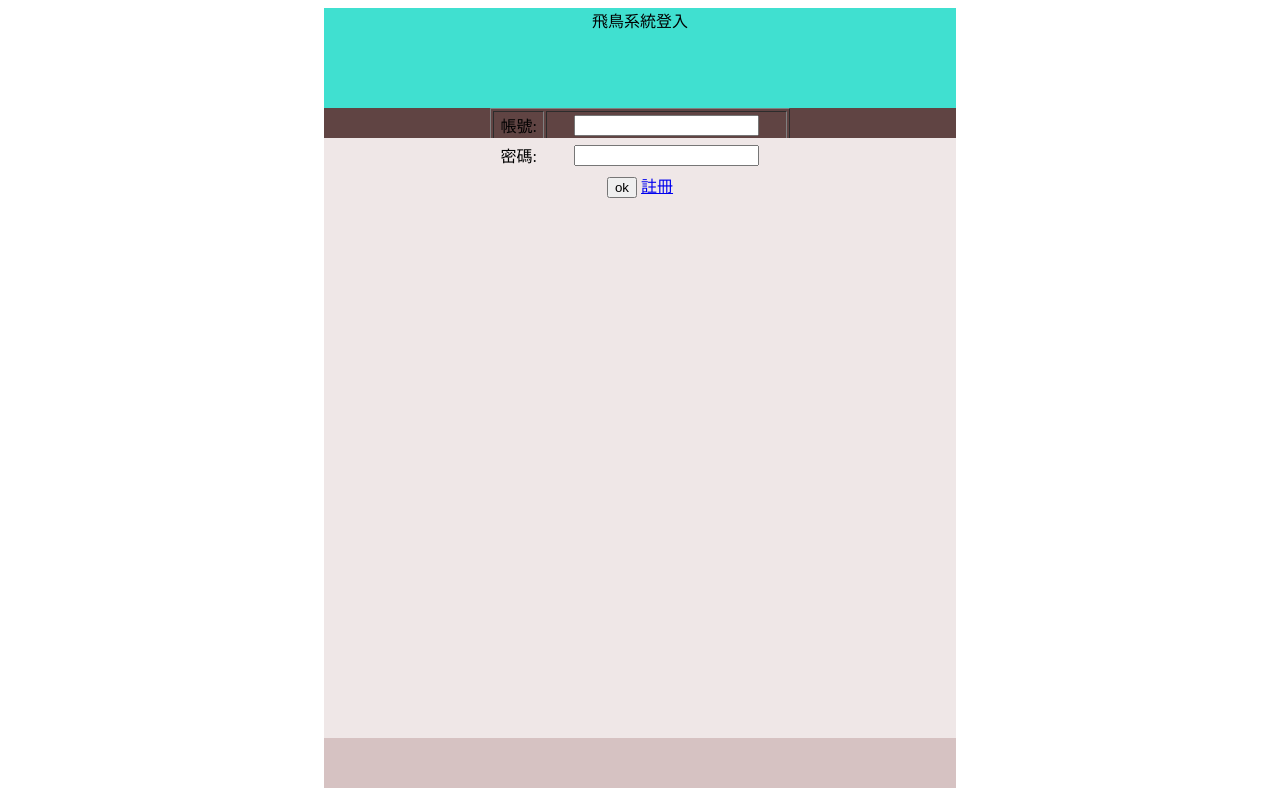
Repository: pride0420/portfolio
Page: Portfolio/1_springBoot/src/main/resources/static/index.html
The author's editor kept a copy of each file at every save. The page is drawn from the files as they stood at one save, then again after the next save.
The browser window is 1280 px wide. The pictures show the whole page.

Above is the page before, as saved 2023-11-30 14:22:54.

After the next save:
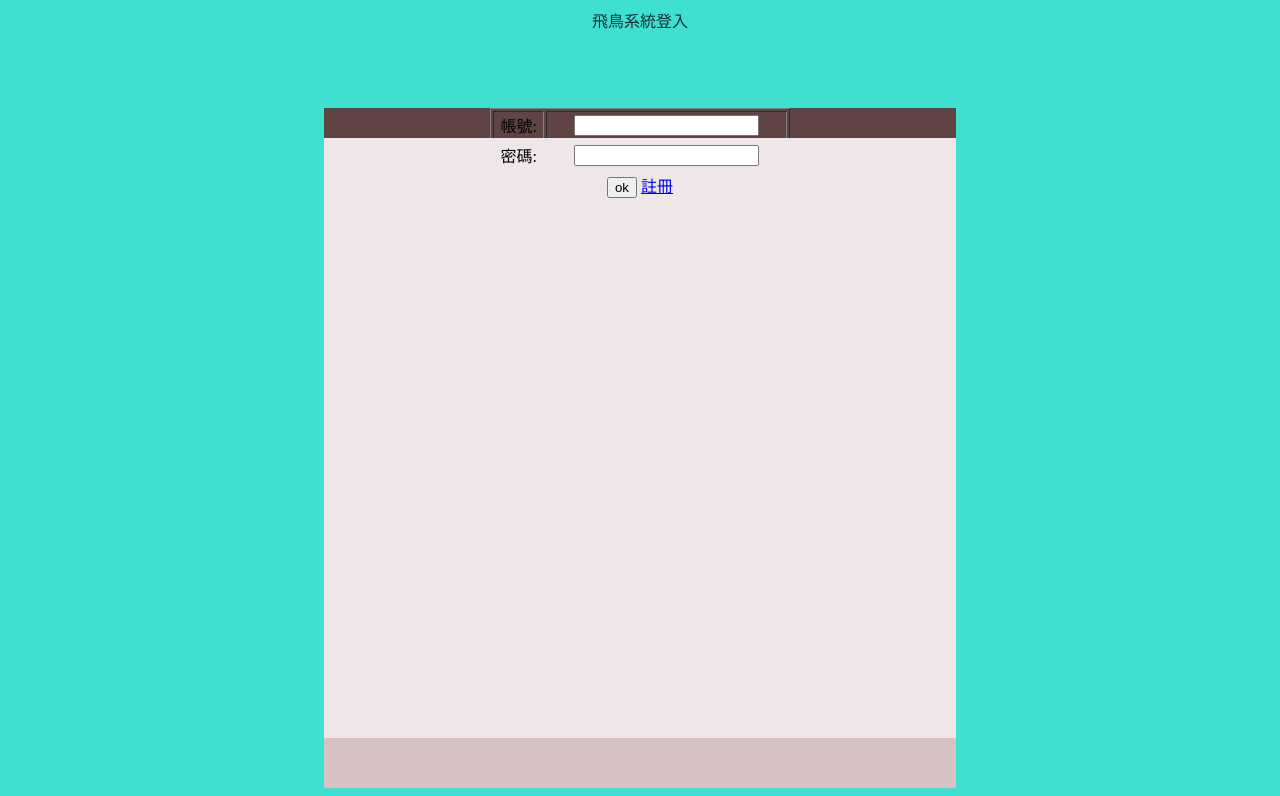
Saved 68 s later.
--- a/Portfolio/1_springBoot/src/main/resources/static/css/index.css
+++ b/Portfolio/1_springBoot/src/main/resources/static/css/index.css
@@ -1,11 +1,13 @@
 @charset "BIG5";
-
+body{
+	 background-color:  #40e0d0;
+}
 #header{
-	background-color: #40e0d0 ;
+	background-color: ;
 	width: 50%;
 	height:100px;
 	margin-left: 25%;
-
+	color: #132E32;
 }
 #navigater{
 
